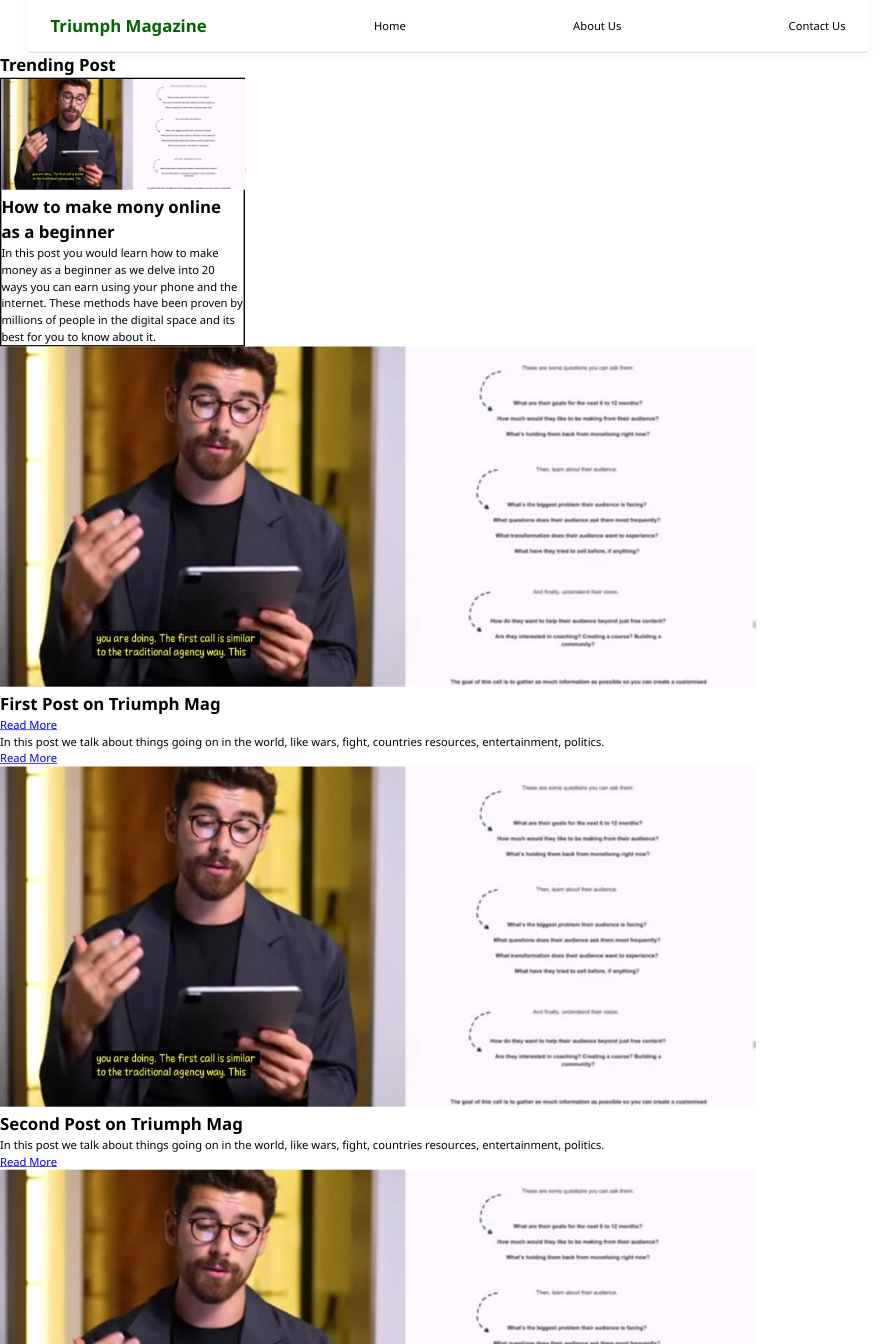
Repository: zikcolle/Triumph-Blog
Page: index.html
These files come from the project's save history. The page is drawn as it stood at one moment and after a run of saves; the edit follows.
The browser window is 1280 px wide. The pictures show the part of the page from y = 0 to 1920 px (the page is 4623 px tall before and 4487 px after), at 70% of full size.

Above is the page before, as saved 2026-06-20 15:33:57.

### index.html
<!DOCTYPE html>
<html lang="en">

<head>
    <meta charset="UTF-8">
    <meta name="viewport" content="width=device-width, initial-scale=1.0">
    <title>Triumph Magazine</title>
    <link rel="stylesheet" href="styles.css">
</head>

<body>
    <header>
        <h2>Triumph Magazine</h2>
            <a href="#">Home</a></li>
            <a href="/about-us">About Us</a>
            <a href="/contact-us">Contact Us</a>
    </header>

    <main>
        <section>
            <div>
                <h2 class="label-post">Trending Post</h2>
            </div>
            <div class="feat-post">
                <img src="simage\postiman.jpeg">
                <h1>How to make mony online as a beginner</h1>
                <p>In this post you would learn how to make money as a beginner as we delve into 20 ways you can earn
                    using your phone and the internet. These methods have been proven by millions of people in the
                    digital space and its best for you to know about it.</p>
            </div>
        </section>

        <section class="post-grid">
            <div class="blog-post">
                <img src="simage\postiman.jpeg">
                <h1>First Post on Triumph Mag</h1><a href="#" class="read-more">Read More</a>
                <p>In this post we talk about things going on in the world, like wars, fight, countries resources,
                    entertainment, politics.</p>
                <a href="#" class="read-more">Read More</a>
            </div>

            <div class="blog-post">
                <img src="simage\postiman.jpeg">
                <h1>Second Post on Triumph Mag</h1>
                <p>In this post we talk about things going on in the world, like wars, fight, countries resources,
                    entertainment, politics.</p>
                <a href="#" class="read-more">Read More</a>
            </div>

            <div class="blog-post">
                <img src="simage\postiman.jpeg">
                <h1>Third Post on Triumph Mag</h1>
                <p>In this post we talk about things going on in the world, like wars, fight, countries resources,
                    entertainment, politics.</p>
                <a href="#" class="read-more">Read More</a>
            </div>

            <div class="blog-post">
                <img src="simage\postiman.jpeg">
                <h1>Fourth Post on Triumph Mag</h1>
                <p>In this post we talk about things going on in the world, like wars, fight, countries resources,
                    entertainment, politics.</p>
                <a href="#" class="read-more">Read More</a>
            </div>

            <div class="blog-post">
                <img src="simage\postiman.jpeg">
                <h1>Fifth Post on Triumph Mag</h1>
                <p>In this post we talk about things going on in the world, like wars, fight, countries resources,
                    entertainment, politics.</p>
                <a href="#" class="read-more">Read More</a>
            </div>

            <div class="blog-post">
                <img src="simage\postiman.jpeg">
                <h1>Sixth Post on Triumph Mag</h1>
                <p>In this post we talk about things going on in the world, like wars, fight, countries resources,
                    entertainment, politics.</p>
                <a href="#" class="read-more">Read More</a>
            </div>

            <div><a href="/blog">View More Posts</a></div>
        </section>

        <section>
            <h2>Related Posts</h2>

            <div class="blog-post">
                <img src="simage\postiman.jpeg">
                <h1><a href="/blog">Sixth Post on Triumph Mag</a></h1>
            </div>
        </section>
    </main>

    <footer>
        <h2>Triumph Magazine</h2>
        <p>© 2026 Triumph Magazine. All rights reserved.</p>
    </footer>

</body>

</html>

### styles.css
* {
    margin: 0;
    box-sizing: border-box;
    scroll-behavior: smooth;
}

body {
    background-color: rgb(255, 255, 255);
    color: rgb(0, 0, 0);
    font-family:'Segoe UI', Tahoma, Geneva, Verdana, sans-serif;
    line-height: 1.5;
}

header {
    position: sticky;
    display: flex;
    justify-content: space-between;
    align-items: center;
    margin: 0 auto;
    max-width: 1200px;
    background-color: rgba(255,255,255,0.92);
    border-bottom: 1px solid rgba(0, 0, 0, 0.213);
    backdrop-filter: blur(20px) saturate(180%);
    -webkit-backdrop-filter: blur(20px) saturate(180%);
    box-shadow: 0 1px 0 rgba(0,0,0,0.04), 0 2px 16px rgba(0,0,0,0.04);
    padding: 1.2rem 2rem;
    top: 0;
    z-index: 100;
    color: rgb(0, 101, 0);
}

header a {
    text-decoration: none;
    color: rgb(0, 0, 0);
}

header a:hover {
    text-decoration: none;
    color: rgb(0, 101, 0);
    text-decoration: underline;
}

.feat-post {
    background-color: rgb(255, 255, 255);
    border: 2px solid rgb(0, 0, 0);
    max-width: 350px;
}

.feat-post img {
    max-width: 350px;
}

After the next 2 saves:
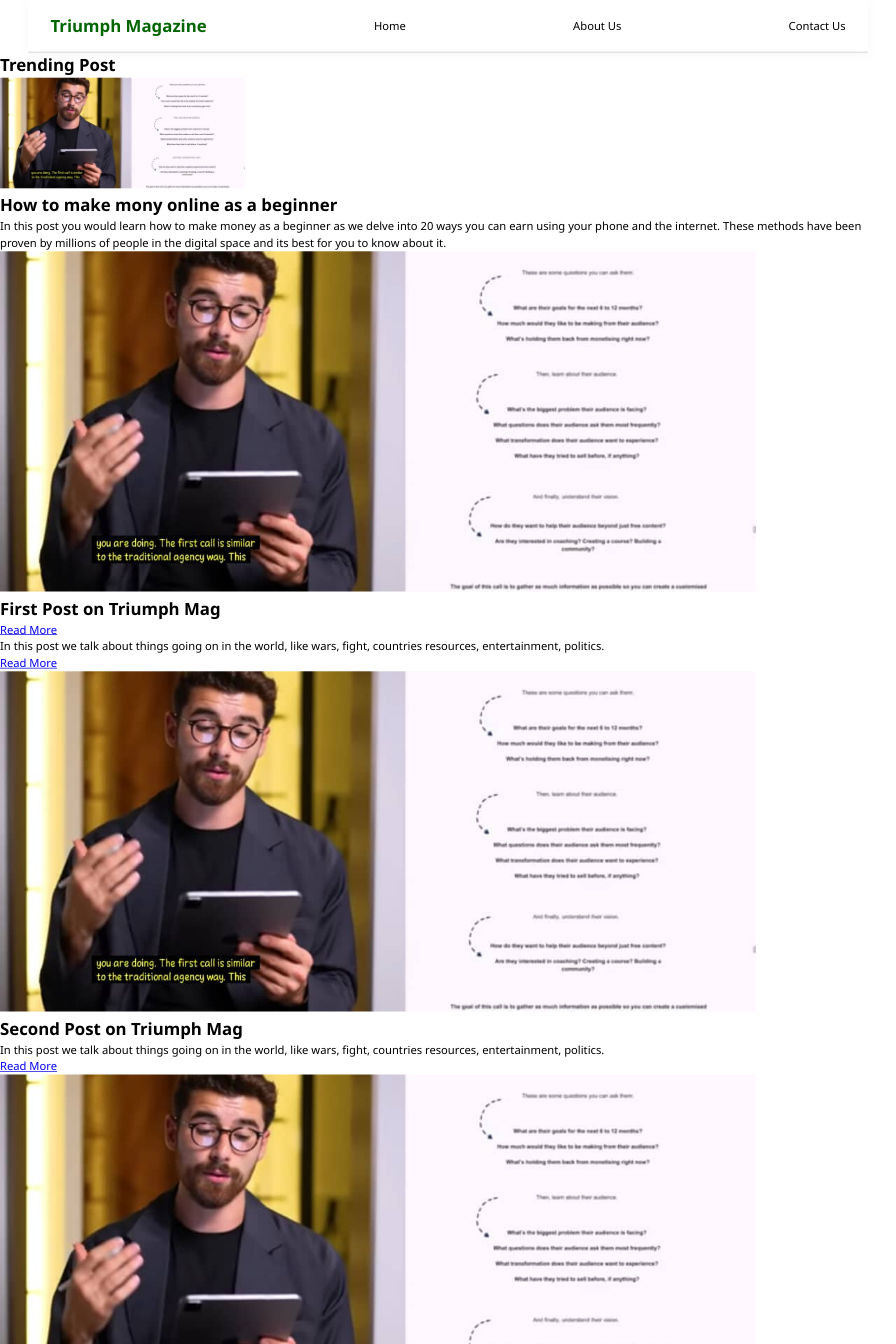
The 2 saves are shown as one change because they came seconds apart.
The last was saved 15 s later.
--- a/styles.css
+++ b/styles.css
@@ -40,6 +40,7 @@ header a:hover {
     text-decoration: underline;
 }
 
+<main>
 .feat-post {
     background-color: rgb(255, 255, 255);
     border: 2px solid rgb(0, 0, 0);
